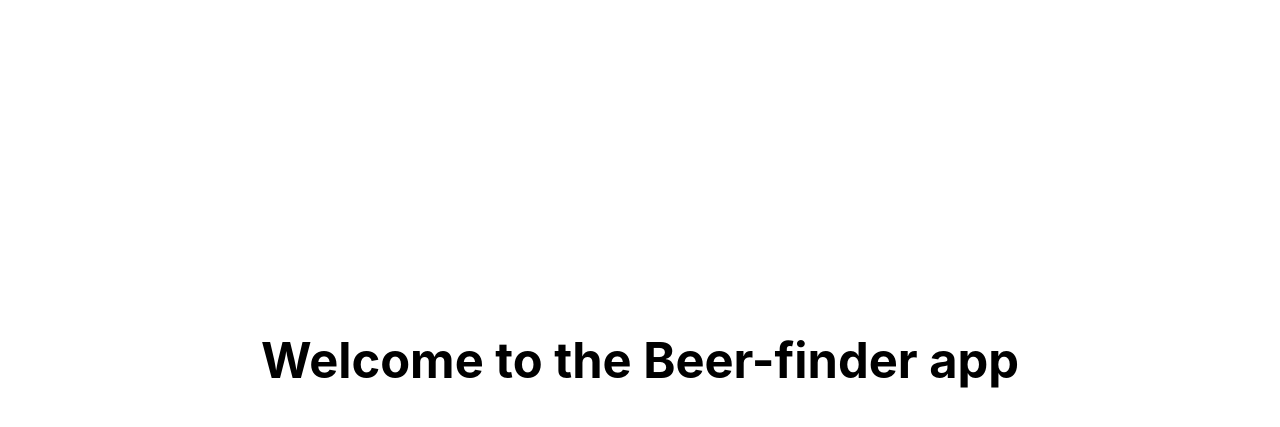
Repository: marcinszymaszek/beer-finder
Page: /
The author's editor kept a copy of each file at every save. The page is drawn from the files as they stood at one save, then again after the next save.
The browser window is 1280 px wide. The pictures show the whole page.
The project was rebuilt for these pictures with package versions that can differ from the ones it lists, and the page was loaded fresh each time.

Above is the page before, as saved 2020-05-10 20:02:18.

After the next save:
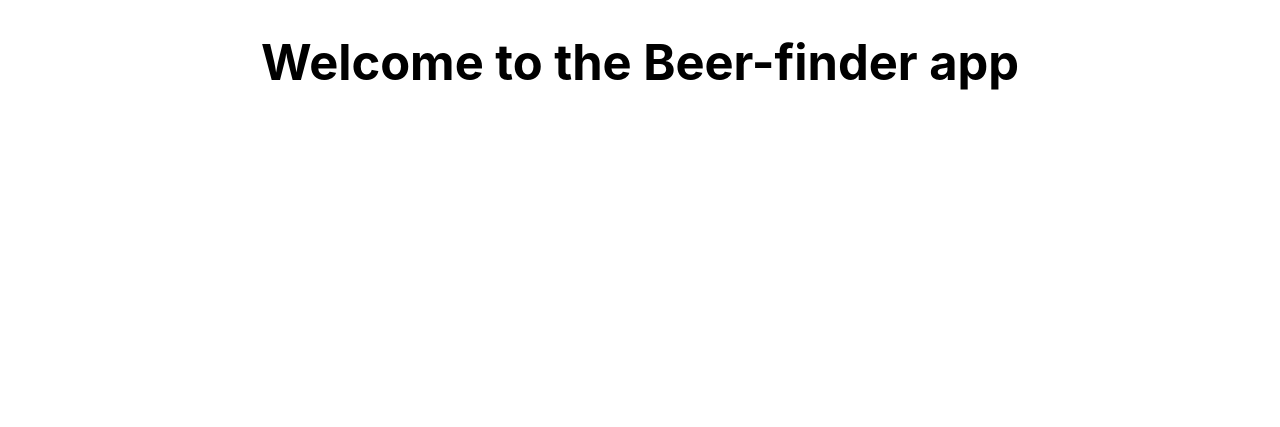
Saved 51 s later.
--- a/src/components/main/App.css
+++ b/src/components/main/App.css
@@ -3,8 +3,5 @@
   min-height: 100vh;
   display: flex;
   flex-direction: column;
-  align-items: center;
-  justify-content: center;
   font-size: calc(10px + 2vmin);
-  text-align: center;
 }
